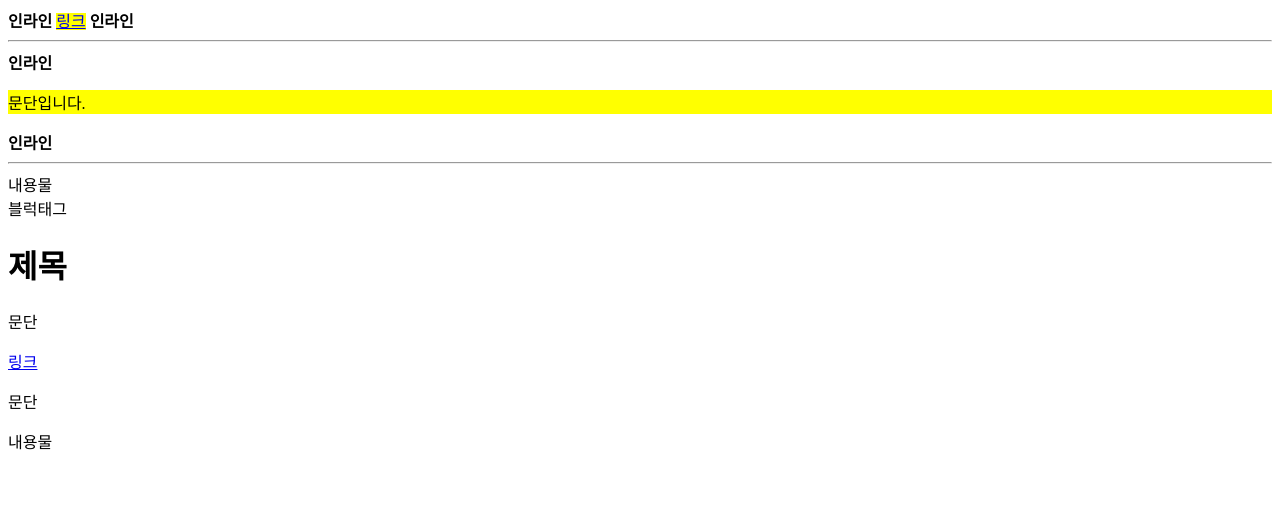
Repository: Chun0903/classStudy_github.io
Page: client/ClientTest/WebContent/ex11_tag.html
The author's editor kept a copy of each file at every save. The page is drawn from the files as they stood at one save, then again after the next save.
The browser window is 1280 px wide. The pictures show the whole page.

Above is the page before, as saved 2020-06-19 03:26:16.

### client/ClientTest/WebContent/ex11_tag.html
<!DOCTYPE html>
<html>
<head>
<meta charset="UTF-8">
<title>Insert title here</title>
</head>
<body>

	<!--

		********중요!!
		인라인 태그 vs 블럭 태그
		- 모든 태그들은 위의 두 분류 중 하나에 속한다.

		<a>, <b>, <strong> : 인라인 태그
		<p>, <h1>, <hr> : 블럭 태그

		인라인 태그, Inline Tag
		- 자신의 내용물과 주변 태그의 내용물을 같은 라인에 출력한다.
		- 영역의 너비가 항상 내용물 크가와 같다.
		- 영역의 높이는 항상 내용물 크기와 같다.
		- 구성 요소 역할(내용 역할)

		블럭 태그, Block Tag
		- 자신의 내용물을 주변 태그의 내용물과 다른 라인에 출력한다.
		- 자신이 현재 라인을 독점한다. > 영역의 너비가 항상 100%다.
		- 영역의 높이는 항상 내용물 크기와 같다.
		- 구조 역할(뼈대 열할)

		태그 중첩 규칙
		1. 블럭 태그는 자식으로 또 다른 블럭 태그를 가질 수 있다.
		2. 블럭 태그는 자식으로 또 다른 인라인 태그를 가질 수 있다.
		3. 인라인 태그는 자식으로 또 다른 인라인 태그를 가질 수 있다.
		4. 인라인 태그는 자식으로 또 다른 블럭 태그를 가질 수 없다.(***)

	-->
	<b>인라인</b>
	<a href="#" style="background-color:yellow;">링크</a>
	<strong>인라인</strong>

	<hr>

	<b>인라인</b>
	<p style="background-color:yellow;">문단입니다.</p>
	<strong>인라인</strong>

	<hr>
	내용물
	<div>
		블럭태그
		<h1>제목</h1>
		<p>문단</p>
		<a href="#">링크</a>
		<p>문단</p>
	</div>
	내용물



</body>
</html>

After the next save:
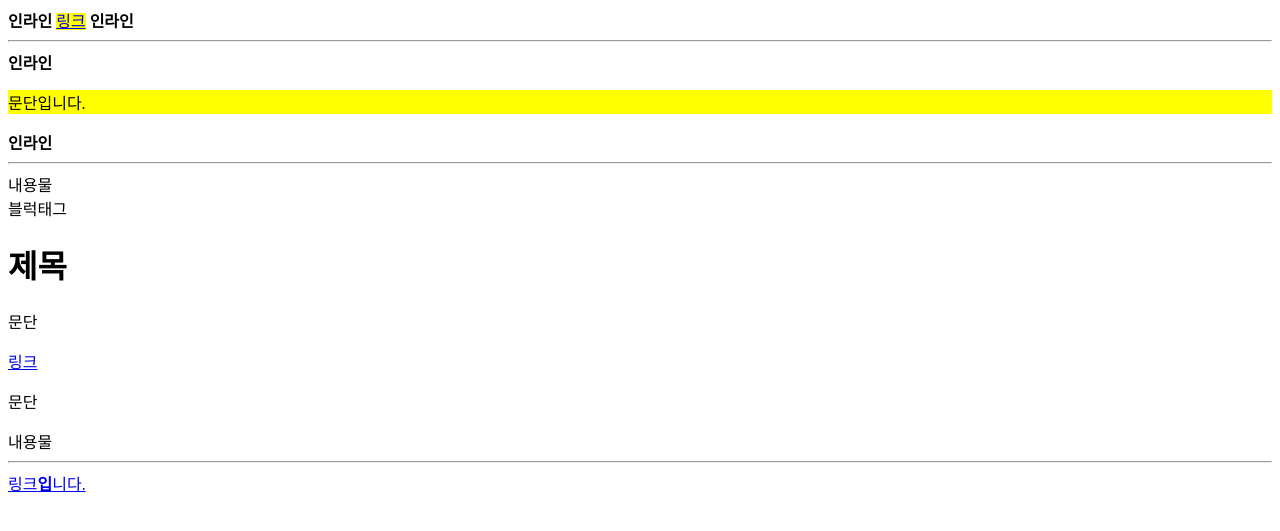
Saved 58 s later.
--- a/client/ClientTest/WebContent/ex11_tag.html
+++ b/client/ClientTest/WebContent/ex11_tag.html
@@ -55,6 +55,10 @@
 	</div>
 	내용물
 
+	<hr>
+
+	<a href="#">링크<b>입</b>니다.</a>
+
 
 
 </body>
